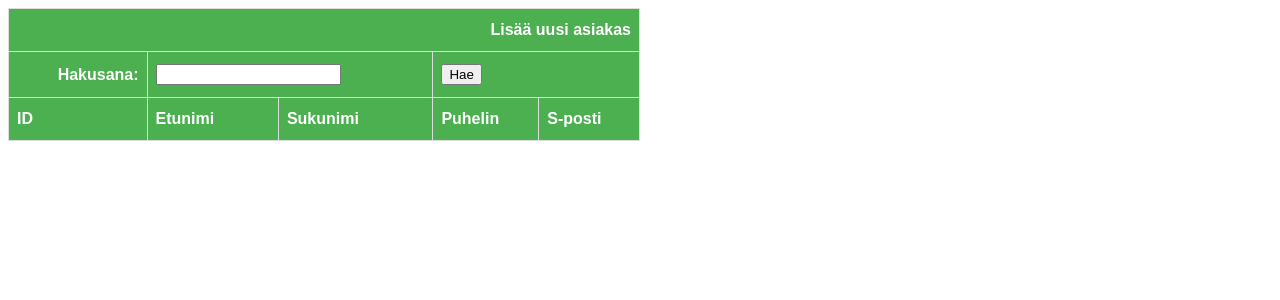
Repository: Lateh13/Asiakkaat
Page: http://localhost/Asiakkaat/listaaasiakkaat.jsp
The author's editor kept a copy of each file at every save. The page is drawn from the files as they stood at one save, then again after the next save.
The browser window is 1280 px wide. The pictures show the whole page.
The page is served by Tomcat 9. Queries for data that is not in the repository find no rows.

Above is the page before, as saved 2020-04-29 16:41:15.

After the next save:
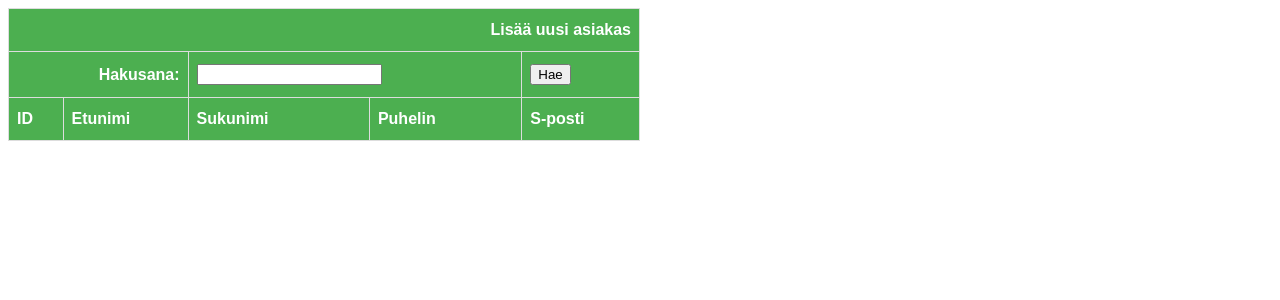
Saved 48 s later.
--- a/Asiakkaat/WebContent/listaaasiakkaat.jsp
+++ b/Asiakkaat/WebContent/listaaasiakkaat.jsp
@@ -15,9 +15,9 @@
 			<th colspan="5" class="oikealle"><span id="uusiAsiakas">Lisää uusi asiakas</span></th>
 		</tr>
 		<tr>
-			<th class="oikealle">Hakusana:</th>
+			<th class="oikealle" colspan="2">Hakusana:</th>
 			<th colspan="2"><input type="text" name="haku" id="haettava" size="20"></th>
-			<th colspan="2"><input type="submit" value="Hae" id="hakunappi"></th>
+			<th ><input type="submit" value="Hae" id="hakunappi"></th>
 		</tr>
   		<tr>
   			<th>ID</th>
